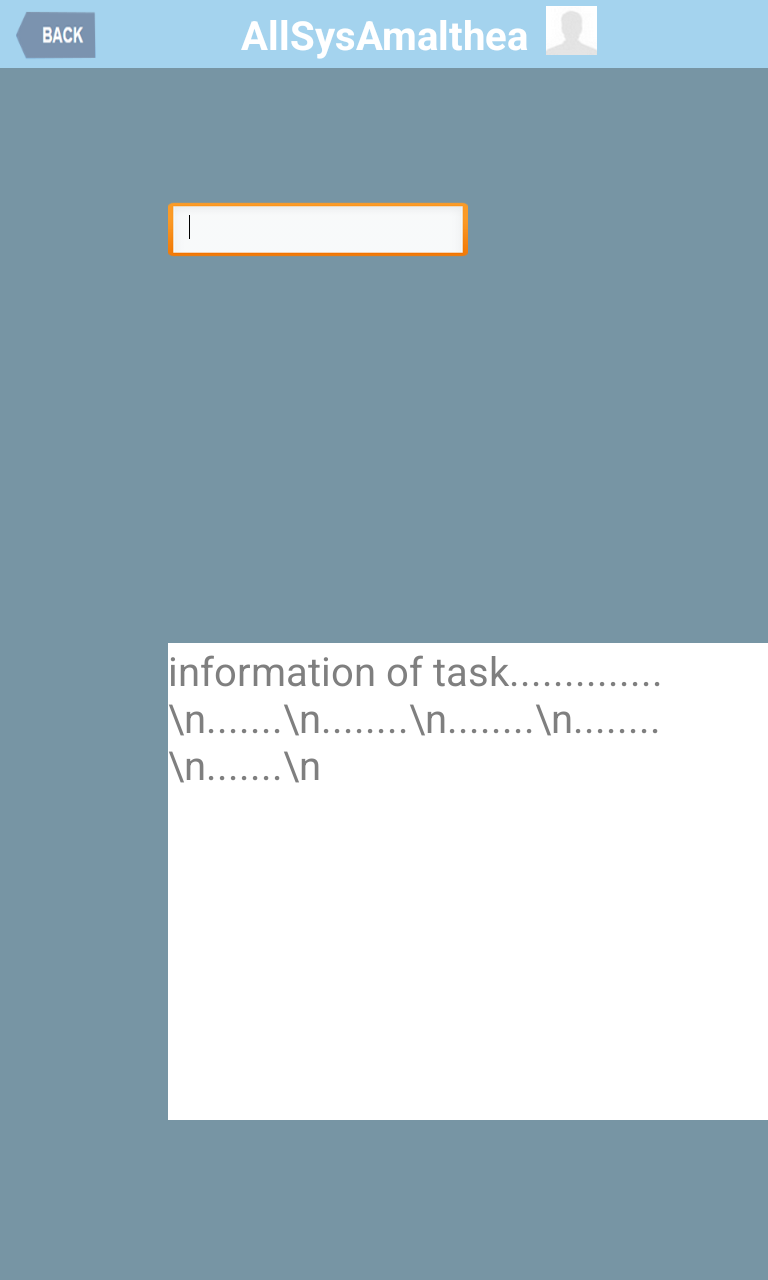
Repository: AllSysAmalthea/AllSys
Layout: APP/AppUI code/代码/Allsys/res/layout/activity_search.xml
These files come from the project's save history. The layout is drawn as it stood at one moment and after the next save; the edit follows.
It is drawn on a 768 x 1280 px phone screen (xhdpi) without system bars, with theme android:Theme.NoTitleBar; the app's code is not run.

Above is the layout before, as saved 2015-06-06 07:27:14.

After the next save:
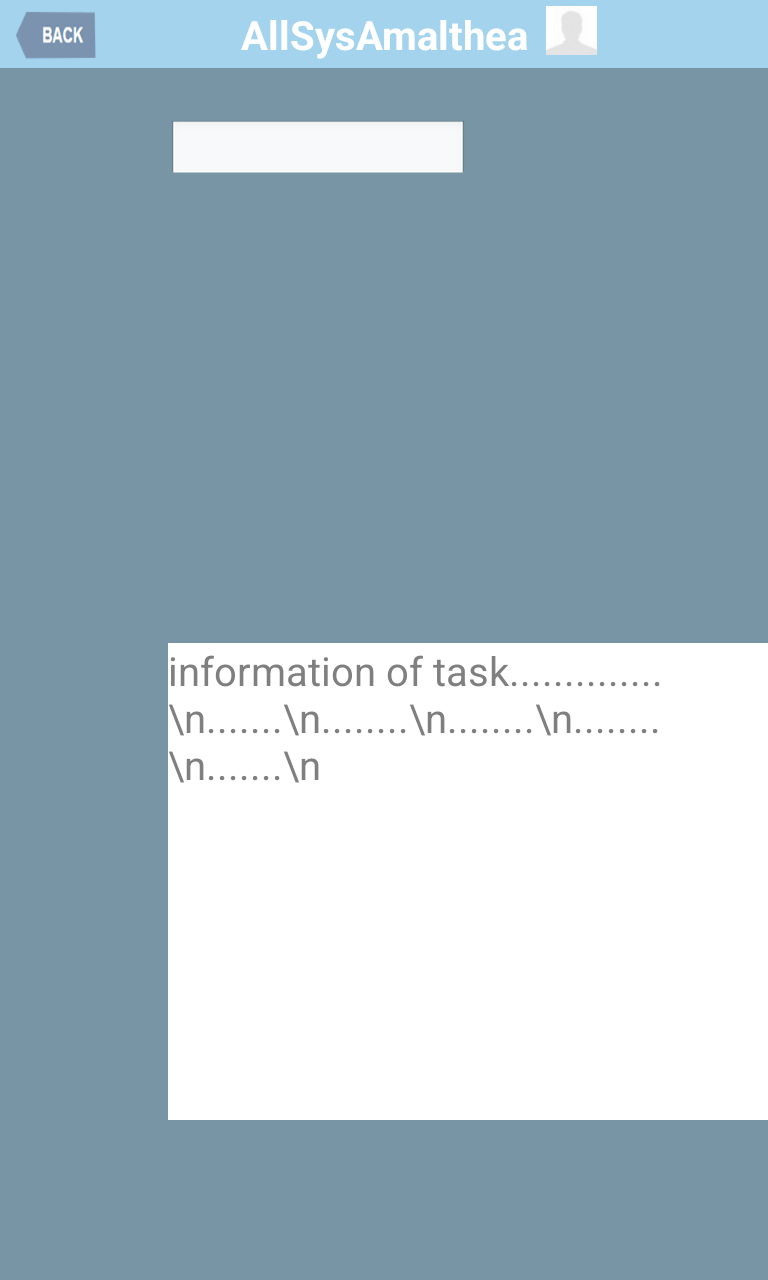
Saved 30 s later.
--- a/APP/AppUI code/代码/Allsys/res/layout/activity_search.xml
+++ b/APP/AppUI code/代码/Allsys/res/layout/activity_search.xml
@@ -64,11 +64,8 @@
         android:layout_height="60px"
         android:layout_alignLeft="@+id/businesscardsingle_content_abstract"
         android:layout_below="@+id/linearLayout1"
-        android:layout_marginTop="61dp"
+        android:layout_marginTop="20dp"
         android:ems="10"
-        android:textSize="20sp" >
-
-        <requestFocus />
-    </EditText>
+        android:textSize="20sp" />
 
 </RelativeLayout>
